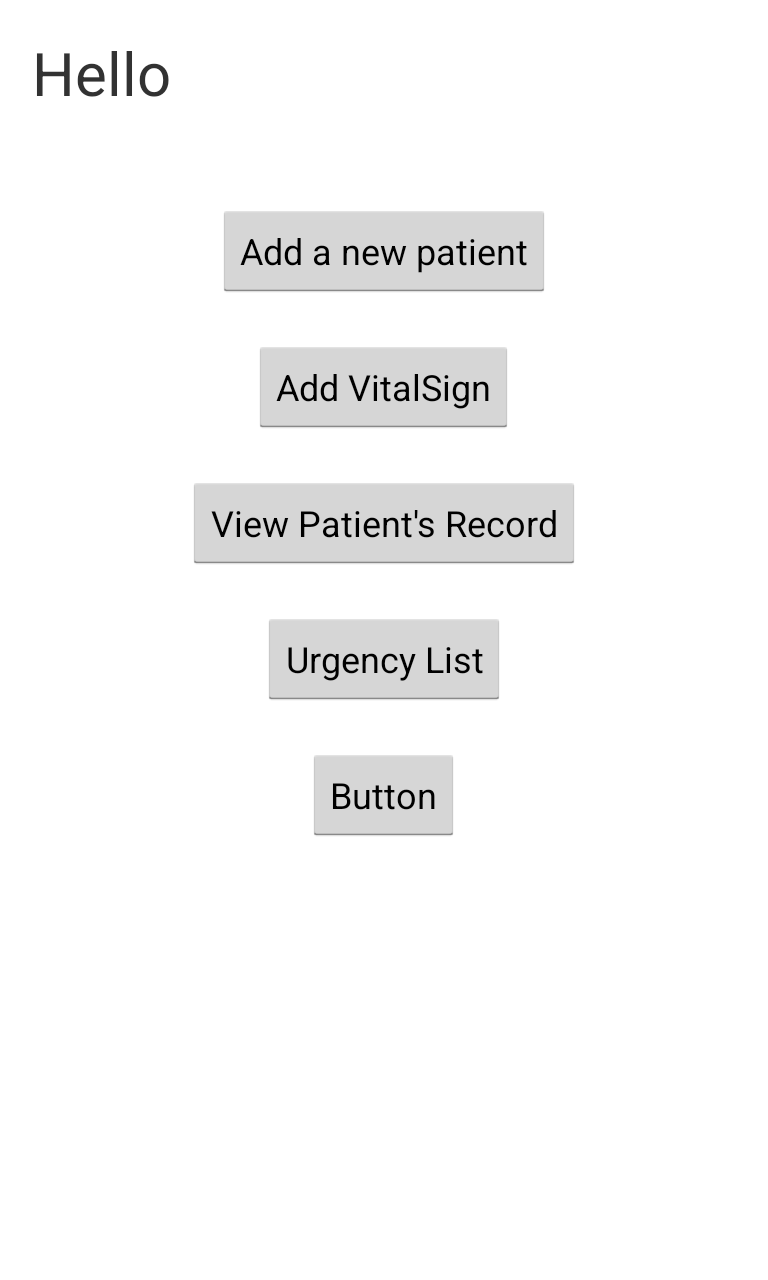
Repository: wangyuan0915/ER
Layout: workspace2/phase3/res/layout/activity_choice.xml
These files come from the project's save history. The layout is drawn as it stood at one moment and after the next save; the edit follows.
It is drawn on a 768 x 1280 px phone screen (xhdpi) without system bars, with theme AppTheme; the app's code is not run.

Above is the layout before, as saved 2013-11-24 21:03:23.

### workspace2/phase3/res/layout/activity_choice.xml
<RelativeLayout xmlns:android="http://schemas.android.com/apk/res/android"
    xmlns:tools="http://schemas.android.com/tools"
    android:layout_width="match_parent"
    android:layout_height="match_parent"
    android:layout_gravity="center_vertical"
    android:paddingBottom="@dimen/activity_vertical_margin"
    android:paddingLeft="@dimen/activity_horizontal_margin"
    android:paddingRight="@dimen/activity_horizontal_margin"
    android:paddingTop="@dimen/activity_vertical_margin"
    tools:context=".ChoiceActivity" >

    <TextView
        android:id="@+id/hello"
        android:layout_width="wrap_content"
        android:layout_height="wrap_content"
        android:layout_alignParentLeft="true"
        android:layout_alignParentTop="true"
        android:text="@string/Hello"
        android:textSize="30sp"/>

    <Button
        android:id="@+id/add_new_patient"
        android:layout_width="wrap_content"
        android:layout_height="wrap_content"
        android:layout_below="@+id/hello"
        android:layout_centerHorizontal="true"
        android:layout_marginTop="45dp"
        android:onClick="addNewPatient"
        android:text="@string/Add_a_new_patient" />

    <Button
        android:id="@+id/add_vital_sign"
        android:layout_width="wrap_content"
        android:layout_height="wrap_content"
        android:layout_below="@+id/add_new_patient"
        android:layout_centerHorizontal="true"
        android:layout_marginTop="20dp"
        android:onClick="addVitalSign"
        android:text="@string/Add_VitalSign" />

    <Button
        android:id="@+id/viewpatientrecord"
        android:layout_width="wrap_content"
        android:layout_height="wrap_content"
        android:layout_below="@+id/add_vital_sign"
        android:layout_centerHorizontal="true"
        android:layout_marginTop="20dp"
        android:onClick="ViewPatientRecord"
        android:text="@string/View_Patient_Record" />

    <Button
        android:id="@+id/button3"
        android:layout_width="wrap_content"
        android:layout_height="wrap_content"
        android:layout_centerHorizontal="true"
        android:layout_below="@+id/urgencylist"
        android:layout_marginTop="20dp"
        android:text="Button"
        android:onClick="CheckTime"/>

    <Button
        android:id="@+id/urgencylist"
        android:layout_width="wrap_content"
        android:layout_height="wrap_content"
        android:layout_below="@+id/viewpatientrecord"
        android:layout_centerHorizontal="true"
        android:layout_marginTop="20dp"
        android:onClick="UrgencyList"
        android:text="@string/Urgency_List" />

</RelativeLayout>

### workspace2/phase3/res/values/strings.xml
<?xml version="1.0" encoding="utf-8"?>
<resources>

    <string name="app_name">phase3</string>
    <string name="action_settings">Settings</string>
    <string name="hello_world">Hello world!</string>
    <string name="Login">Login</string>
    <string name="username">username</string>
    <string name="password">password</string>
    <string name="Nurse">Nurse</string>
    <string name="Physician">Physician</string>
    <string name="login">login</string>
    <string name="title_activity_choice">ChoiceActivity</string>
    <string name="title_activity_physician__choice">Physician_ChoiceActivity</string>
    <string name="Hello">Hello</string>
    <string name="Add_a_new_patient">Add a new patient</string>
    <string name="Add_VitalSign">Add VitalSign</string>
    <string name="title_activity_new_patient">NewPatientActivity</string>
    <string name="title_activity_add_vital_sign">AddVitalSignActivity</string>
    <string name="New_Patient">New Patient</string>
    <string name="patient_name">patient\'s name</string>
    <string name="Health_Card_Number">Health Card Number</string>
    <string name="Birthday">Birthday</string>
    <string name="Year">Year</string>
    <string name="Month">Month</string>
    <string name="Day">Day</string>
    <string name="Date">Date</string>
    <string name="Time">Time</string>
    <string name="Hour">Hour</string>
    <string name="Minute">Minute</string>
    <string name="Submit">Submit</string>
    <string name="VitalSign">VitalSign</string>
    <string name="Temperature">Temperature</string>
    <string name="Systolic">Systolic</string>
    <string name="Diastolic">Diastolic</string>
    <string name="Heartrate">Heartrate</string>
    <string name="View_Patient_Record">View Patient\'s Record</string>
    <string name="Add_Prescription">Add Prescription</string>
    <string name="title_activity_view_patient_record">ViewPatientRecord</string>
    <string name="title_activity_add_prescription">AddPrescription</string>
    <string name="Medication">Medication</string>
    <string name="Instruction">Instruction</string>
    <string name="Urgency_List">Urgency List</string>
    <string name="Record_check_in_time">Record Check-inTime</string>
    <string name="title_activity_urgency_list">UrgencyListActivity</string>
    <string name="title_activity_check_time">CheckTimeActivity</string>

</resources>

Loaded but not shown: workspace2/phase3/res/values/styles.xml (common file); workspace2/phase3/res/values-v11/styles.xml (common file); workspace2/phase3/res/values-v14/styles.xml (common file); workspace2/phase3/res/values/dimens.xml (common file)

After the next save:
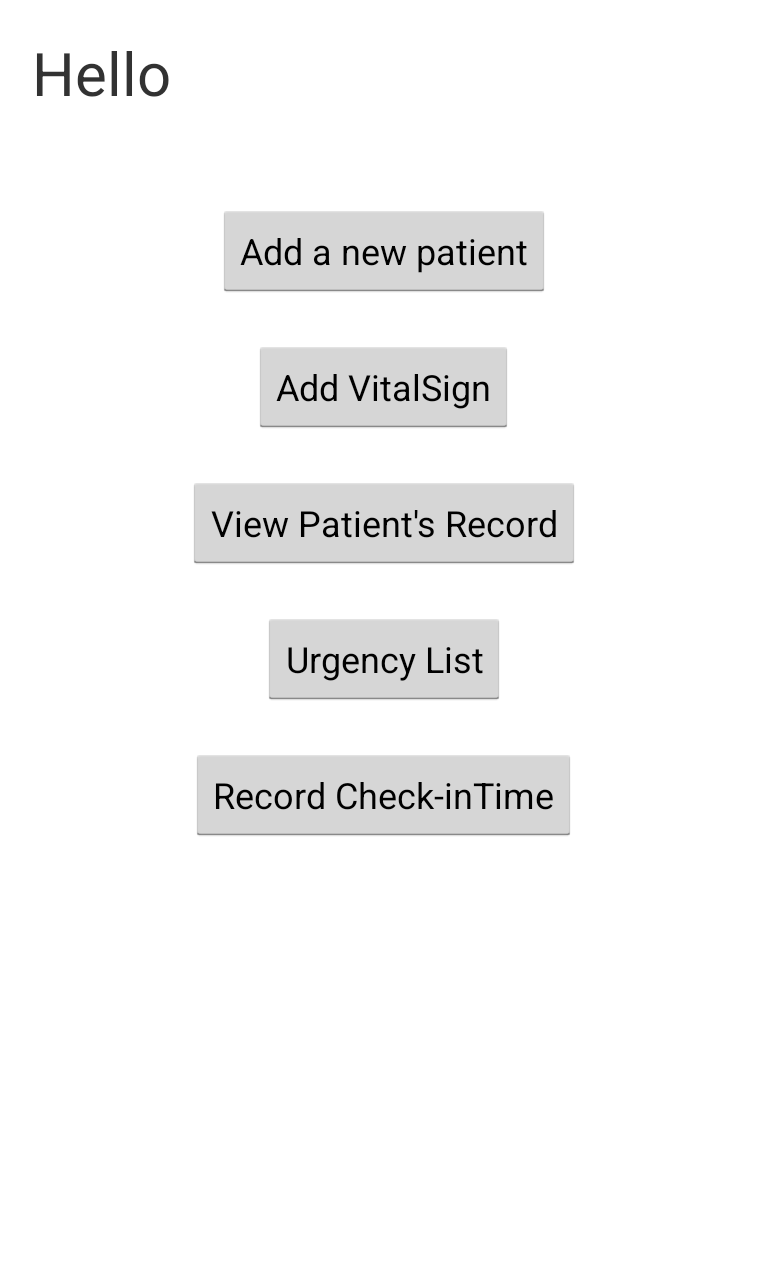
Saved 9 s later.
--- a/workspace2/phase3/res/layout/activity_choice.xml
+++ b/workspace2/phase3/res/layout/activity_choice.xml
@@ -52,11 +52,11 @@
         android:id="@+id/button3"
         android:layout_width="wrap_content"
         android:layout_height="wrap_content"
+        android:layout_below="@+id/urgencylist"
         android:layout_centerHorizontal="true"
-        android:layout_below="@+id/urgencylist"
         android:layout_marginTop="20dp"
-        android:text="Button"
-        android:onClick="CheckTime"/>
+        android:onClick="CheckTime"
+        android:text="@string/Record_check_in_time" />
 
     <Button
         android:id="@+id/urgencylist"
